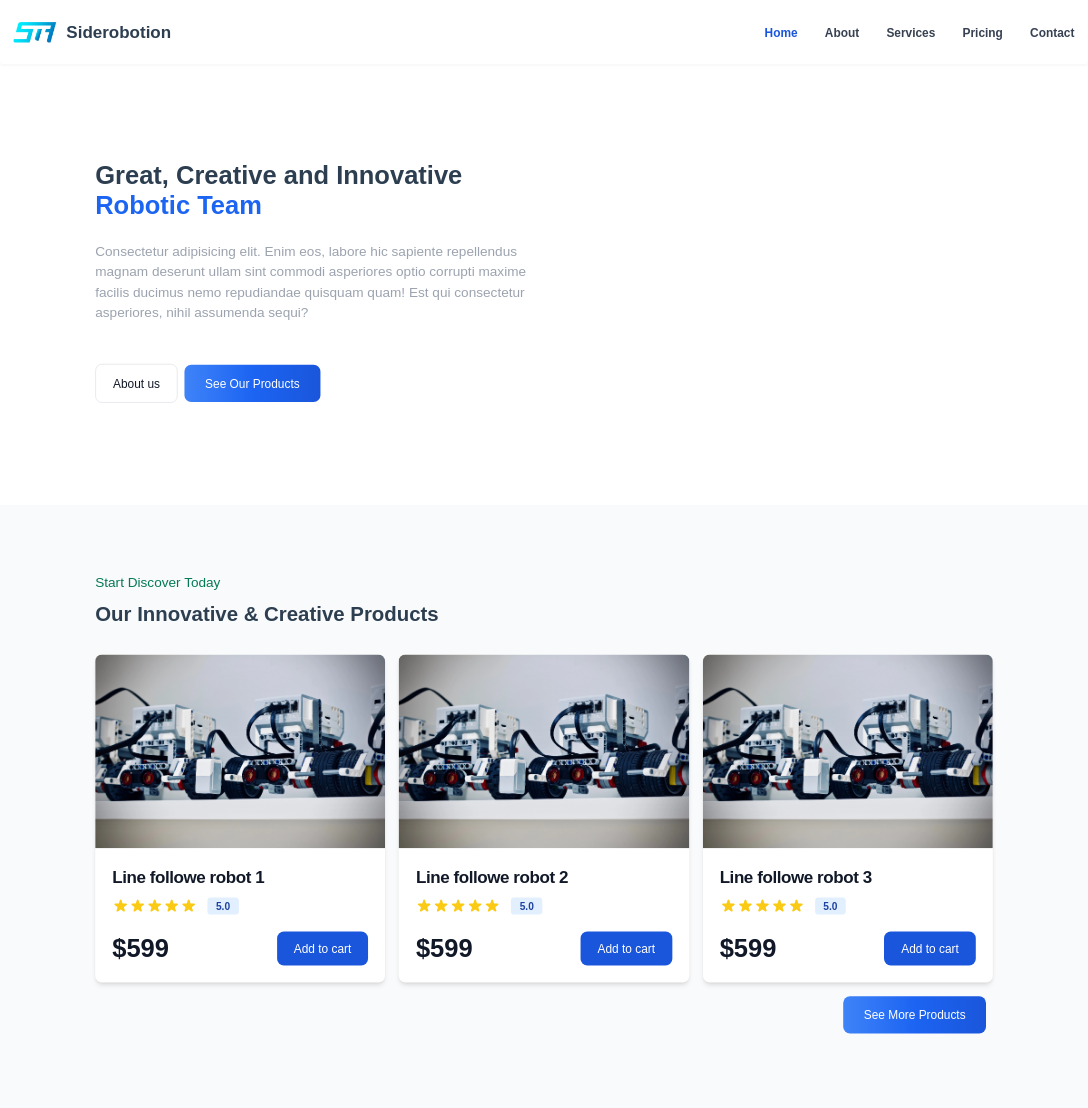
Repository: khulqu15/siderobotion
Page: /
An editor plug-in stored every save of this project. The page is shown before and after the next save, followed by the edit.
The browser window is 1280 px wide. The pictures show the whole page, at 85% of full size.
The project was rebuilt for these pictures with package versions that can differ from the ones it lists, and the page was loaded fresh each time. Also part of the build but not shown: vue.config.js.

Above is the page before, as saved 2022-06-12 02:49:54.

After the next save:
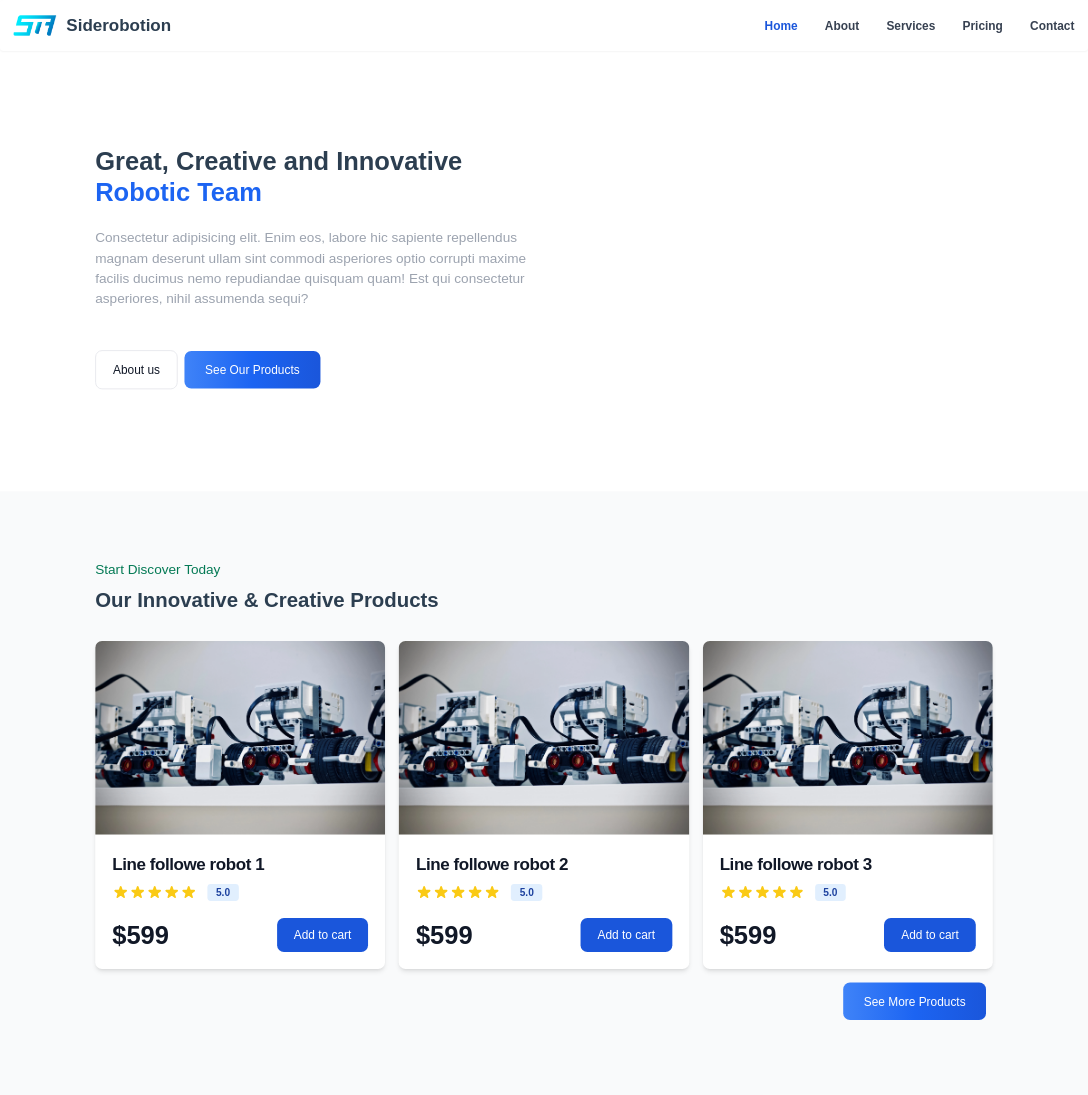
Saved 43 s later.
--- a/src/components/NavigationHeader.vue
+++ b/src/components/NavigationHeader.vue
@@ -1,6 +1,6 @@
 <template>
   <div>
-    <nav class="bg-white border-gray-200 px-2 sm:px-4 py-6 shadow-sm rounded dark:bg-gray-800">
+    <nav class="bg-white border-gray-200 px-2 sm:px-4 py-4 shadow-sm rounded dark:bg-gray-800">
       <div class="container flex flex-wrap justify-between items-center mx-auto">
         <a href="/" class="flex items-center">
           <img :src="require('@/assets/logo.webp')" class="mr-3 h-4 sm:h-6" alt="Siderobotion Logo">
